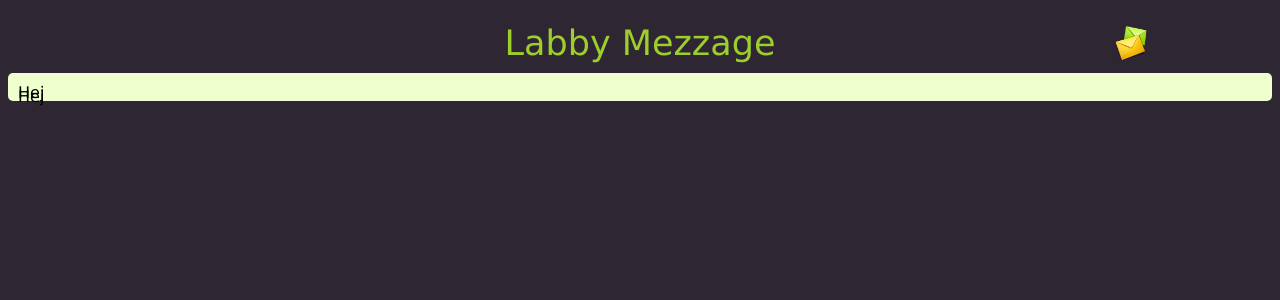
Repository: ad222kr/1dv403-laborationer
Page: 2-labbymezzage/index.html
The author's editor kept a record of every edit. The page is drawn from the files as they stood at one moment, then again after the next edit.
The browser window is 1280 px wide. The pictures show the whole page.

Above is the page before.

After the next edit:
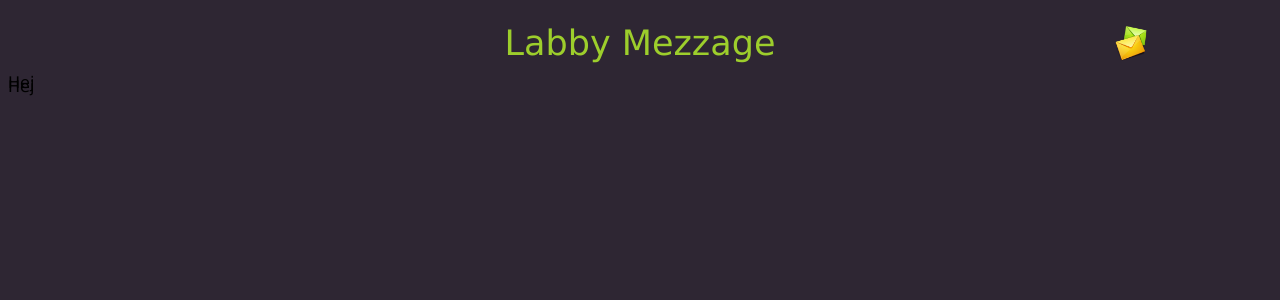
The edit:
--- a/2-labbymezzage/css/style.css
+++ b/2-labbymezzage/css/style.css
@@ -30,7 +30,7 @@
     margin: 0px auto;
 }
 
-#content{
+.content{
     background: #EFFFCD;
     border-color: #000000;
     padding: 10px;
